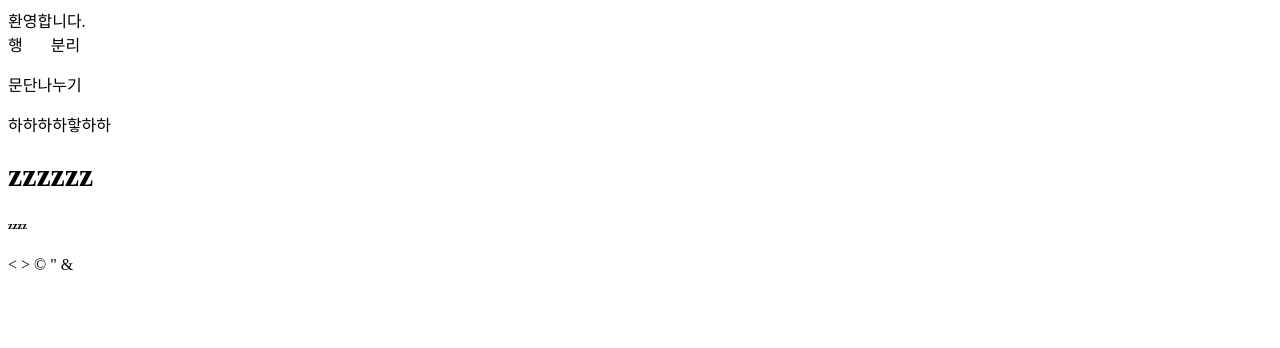
Repository: lsgsg/lsgsg
Page: wsou/webBasic/WebContent/bb.html
An editor plug-in stored every save of this project. The page is shown before and after the next save, followed by the edit.
The browser window is 1280 px wide. The pictures show the whole page.

Above is the page before, as saved 2018-08-14 02:32:56.

### wsou/webBasic/WebContent/bb.html
<!DOCTYPE html>
<html>
<head>
<meta charset="UTF-8">
<title>Insert title here</title>
</head>
<body>
환영합니다.<br>
<!-- 라인스킵이 목적이므로 </br> 생략 -->
<!-- html 주석 : html은 컴파일 한다 X; 파씽?한다 O -->
행 &nbsp;&nbsp;&nbsp;&nbsp;&nbsp;&nbsp;분리
<p>문단나누기</p>
하하하하핳하하
<h1>zzzzzz</h1>
<h6>zzzz</h6>
&lt; &gt; &copy; &quot; &amp;
</body>
</html>

After the next save:
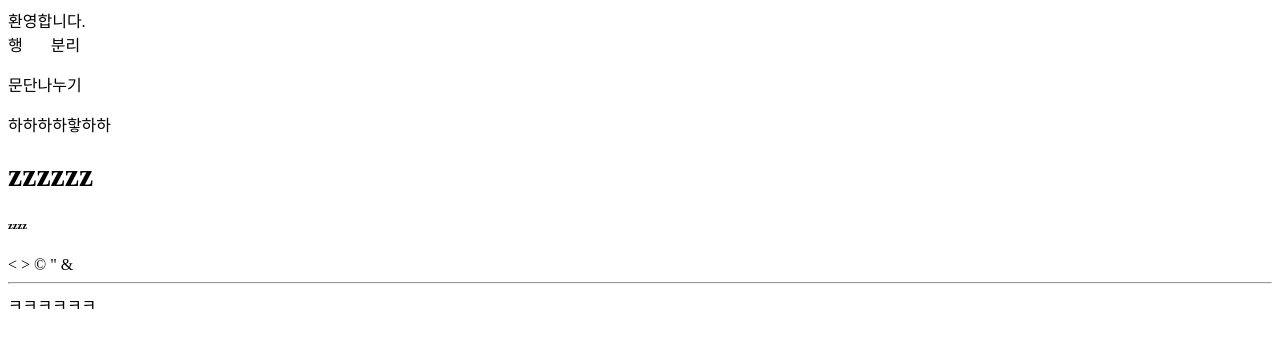
Saved 17 s later.
--- a/wsou/webBasic/WebContent/bb.html
+++ b/wsou/webBasic/WebContent/bb.html
@@ -14,5 +14,7 @@
 <h1>zzzzzz</h1>
 <h6>zzzz</h6>
 &lt; &gt; &copy; &quot; &amp;
+<hr>
+ㅋㅋㅋㅋㅋㅋ
 </body>
 </html>
